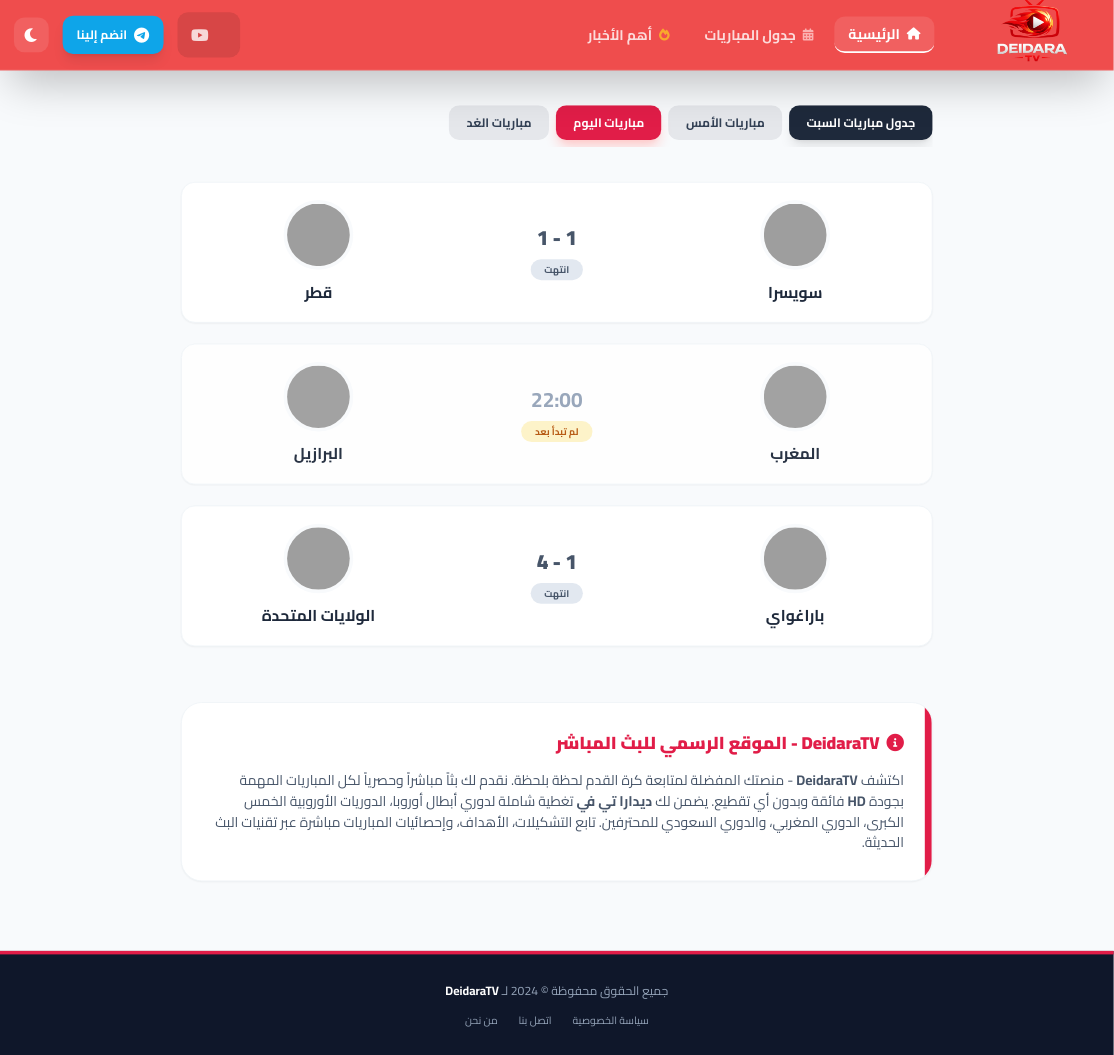
Repository: zakariax05/deidaraTV
Page: index.html
These files come from the project's save history. The page is drawn as it stood at one moment and after the next save; the edit follows.
The browser window is 1280 px wide. The pictures show the whole page, at 87% of full size.
Pictures or frames that could not be fetched are drawn as grey boxes. Some web libraries are served in a nearby version.

Above is the page before, as saved 2026-06-14 02:35:37.

After the next save:
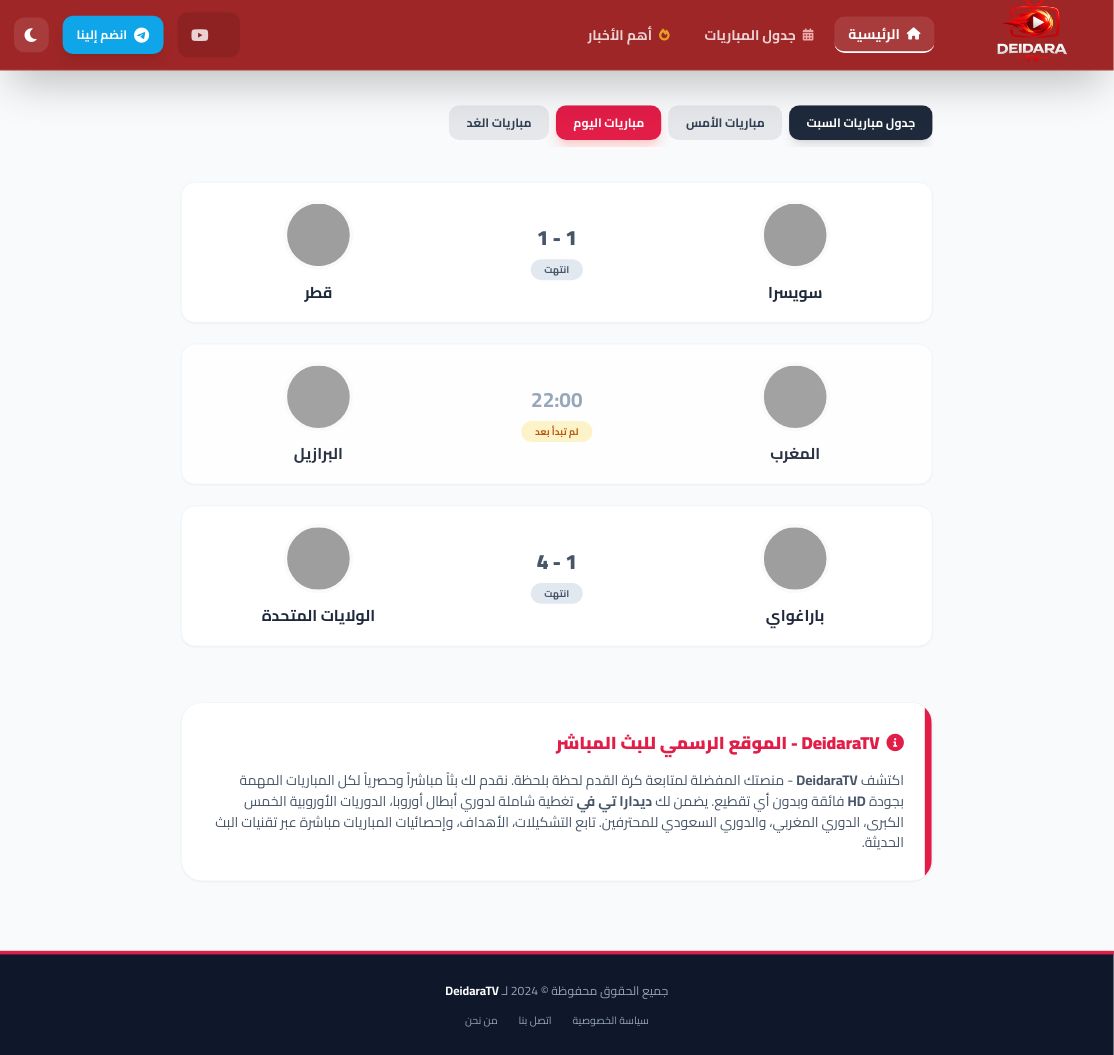
Saved 2 min 40 s later.
--- a/index.html
+++ b/index.html
@@ -43,7 +43,7 @@
   <!-- Header / الهيدر -->
   <!-- الهيدر المطور للرئيسية - DeidaraTV -->
   <header
-    class="bg-red-500 text-white shadow-2xl sticky top-0 z-[100] backdrop-blur-md bg-opacity-95 border-b border-white/10">
+    class="bg-red-800 text-white shadow-2xl sticky top-0 z-[100] backdrop-blur-md bg-opacity-95 border-b border-white/10">
     <div class="container mx-auto px-4">
       <div class="flex justify-between items-center h-16 md:h-20">
 
